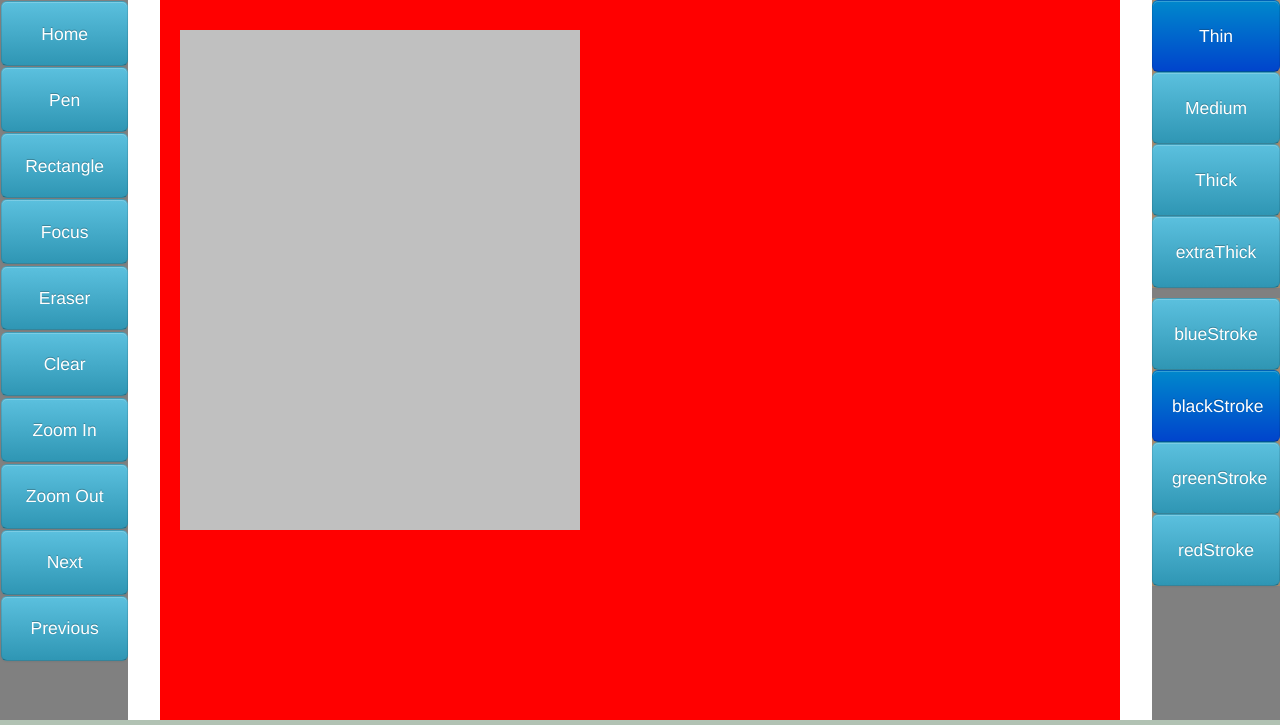
Repository: OrionDevelopers/projectwall
Page: http://localhost/slidePresenter.php
These files come from the project's save history. The page is drawn as it stood at one moment and after a run of saves; the edit follows.
The browser window is 1280 px wide. The pictures show the whole page.
The page is run by PHP 8.4 with error messages shown; the project is at /var/www/html/.

Above is the page before, as saved 2013-04-20 21:59:41.

### slidePresenterPrototype2/presenterPrototype2/slidePresenter.php
<!DOCTYPE html>
<html>
	<head>
		<title>Slide Presenter </title>
		<link href="css/slidePresenter.css" rel="stylesheet"/>
		<link rel="stylesheet" type="text/css" href="css/bootstrap.css"/>
		<script src="js/jquery-1.9.js" type="text/javascript"></script>
		<script src="js/kinetic-v4.4.1.js" type="text/javascript"></script>
		<script src="js/slidePresenter.js" type="text/javascript"></script>
	</head>
	<body onload="init();">
		<!-- <p id='debugHelper' >debugger</p> -->
		<div id='leftToolBar'>
			<a href='../../index.php'><button id='homeButton' class='myButton btn btn-info btn-large'>Home</button></a>
			<button id='penToolButton' class='myButton btn btn-info btn-large'>Pen</button>
			<button id='rectToolButton' class='myButton btn btn-info btn-large'>Rectangle</button>
			<!-- <button id='filledRectToolButton' class='myButton'>Filled Rectangle</button> -->
			<button id='focusToolButton' class='myButton btn btn-info btn-large'>Focus</button>
			<button id='eraserToolButton' class='myButton btn btn-info btn-large'>Eraser</button>
			<button id='clearToolButton' class='myButton btn btn-info btn-large'>Clear</button>
		    <button id='zoomIn' class='myButton btn btn-info btn-large'>Zoom In</button>
			<button id='zoomOut' class='myButton btn btn-info btn-large'>Zoom Out</button>
			<button id='next' class='myButton btn btn-info btn-large'>Next</button>
			<button id='previous' class='myButton btn btn-info btn-large'>Previous</button>
			<!-- <button id='saveButton' class='myButton'>Save</button> -->

		</div>
		<div id='rightToolBar'>
			<div id='strokeWidth' class='submenu'>
				<button id='thin' class='submenuButton btn btn-primary btn-large' onclick="setStrokeWidth(2,this);">Thin</button>
				<button id='medium' class='submenuButton btn btn-info btn-large' onclick="setStrokeWidth(4,this);">Medium</button>
				<button id='thick' class='submenuButton btn btn-info btn-large' onclick="setStrokeWidth(7,this);">Thick</button>
				<button id='extraThick' class='submenuButton btn btn-info btn-large' onclick="setStrokeWidth(12,this)">extraThick</button>
			</div>
			<div id='strokeColor' class='submenu'>
				<button id='blueStroke' class='submenuButton btn btn-info btn-large' onclick="setStrokeColor('blue',this);">blueStroke</button>
				<button id='blackStroke' class='submenuButton btn btn-primary btn-large' onclick="setStrokeColor('black',this);">blackStroke</button>
				<button id='greenStroke' class='submenuButton btn btn-info btn-large' onclick="setStrokeColor('green',this);">greenStroke</button>
				<button id='redStroke' class='submenuButton btn btn-info btn-large' onclick="setStrokeColor('red',this);">redStroke</button>
			</div>
			<!-- <div id='fillColor' class='submenu'>

			</div> -->

		</div>
		<div id='container'></div>
	</body>
</html>

### slidePresenterPrototype2/presenterPrototype2/css/slidePresenter.css
*{
	padding:0px;
	margin:0px;
}
body,html{
	height:100%;
	width:100%;
	background-color: #B1C2B3;
}
#leftToolBar{
	float:left;
	height:100%;
	width:10%;
	background-color: gray;

}
#rightToolBar{
	float:right;
	height:100%;
	width:10%;
	background-color: gray;
}
#container{
	height:100%;
	width:75%;
	margin-left:auto;
	margin-right:auto;
	background-color:silver;
	/*overflow: scroll;*/
}
.myButton{
	height:9%;
	width:99%;
	margin:1%;

	/*text-align: center;
	border:1px solid black;
	background-color: #C0C0C0;*/
}
.submenu{
	height:40%;
	width:100%;
	margin-bottom: 8%;
	background-color: #A68A6E;
}
.submenuButton{
	height: 25%;
	width: 100%;
	/*text-align: center;*/
}

### slidePresenterPrototype2/presenterPrototype2/js/slidePresenter.js
var containerReference,containerHeight,containerWidth,stage,slideLayer,drawingLayer;
var isPenToolSelected = false, isRectToolSelected = false,isfilledRectToolSelected = false, isHighlightToolSelected = false;


function init(){   //initialisation
	containerReference = document.getElementById("container");
	containerHeight = containerReference.offsetHeight;
	containerWidth = containerReference.offsetWidth;
	stage = new Kinetic.Stage({
		container: 'container',
		height: containerHeight,
		width: containerWidth
	});
	slideLayer = new Kinetic.Layer();
	drawingLayer = new Kinetic.Layer();
	drawingLayer.on('click',drawingLayerClicked);
	stage.add(slideLayer);
	stage.add(drawingLayer);
	setBackgroundSlide();
	setDrawingSheet('transparent');
}
function setBackgroundSlide(){
	var imgObj = new Image();
	imgObj.src = 'sampleSlide.PNG';
	var slideImg = new Kinetic.Image({
		x:0,
		y:0,
		height:containerHeight,
		width:containerWidth,
		image:imgObj
	});
	slideLayer.add(slideImg);
	slideLayer.draw();
	//var ctx = stage.getContext('2d');
	//slideLayer.draw();
}
function setDrawingSheet(fillStyle){
	var sheet = new Kinetic.Rect({
		x:0,
		y:0,
		height:containerHeight,
		width:containerWidth,
		fill:'red'
		//fill:'transparent'
	});
	ctx = drawingLayer.getContext();
	drawingLayer.add(sheet);
	drawingLayer.draw();
	ctx.clearRect(20,30,400,500);
	//drawingLayer.draw();

}
function drawingLayerClicked(){
	window.alert("hello there");
}

Loaded but not shown: slidePresenterPrototype2/presenterPrototype2/css/bootstrap.css (library); slidePresenterPrototype2/presenterPrototype2/js/jquery-1.9.js (library); slidePresenterPrototype2/presenterPrototype2/js/kinetic-v4.4.1.js (library)

After the next 2 saves:
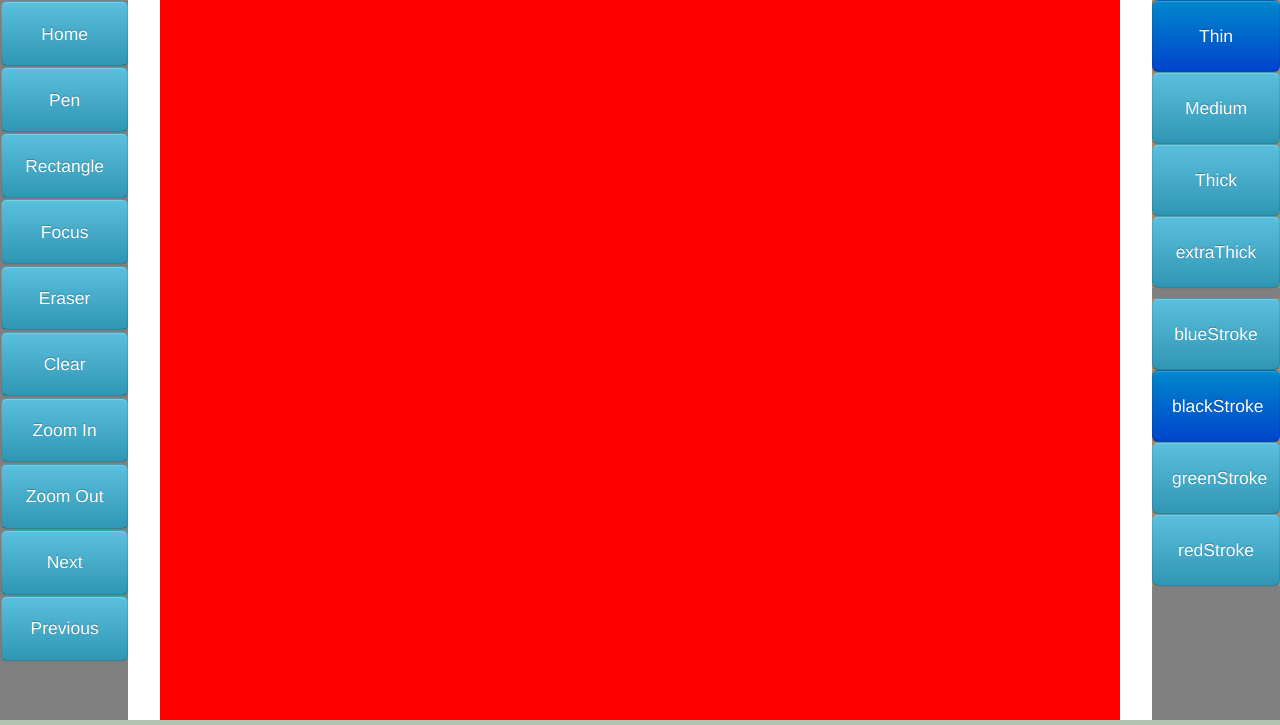
The 2 saves are shown as one change because they came seconds apart.
The last was saved 84 s later.
--- a/slidePresenterPrototype2/presenterPrototype2/js/slidePresenter.js
+++ b/slidePresenterPrototype2/presenterPrototype2/js/slidePresenter.js
@@ -43,10 +43,10 @@ function setDrawingSheet(fillStyle){
 		fill:'red'
 		//fill:'transparent'
 	});
-	ctx = drawingLayer.getContext();
+	//ctx = drawingLayer.getContext();
 	drawingLayer.add(sheet);
 	drawingLayer.draw();
-	ctx.clearRect(20,30,400,500);
+	//ctx.clearRect(20,30,400,500);
 	//drawingLayer.draw();
 
 }
